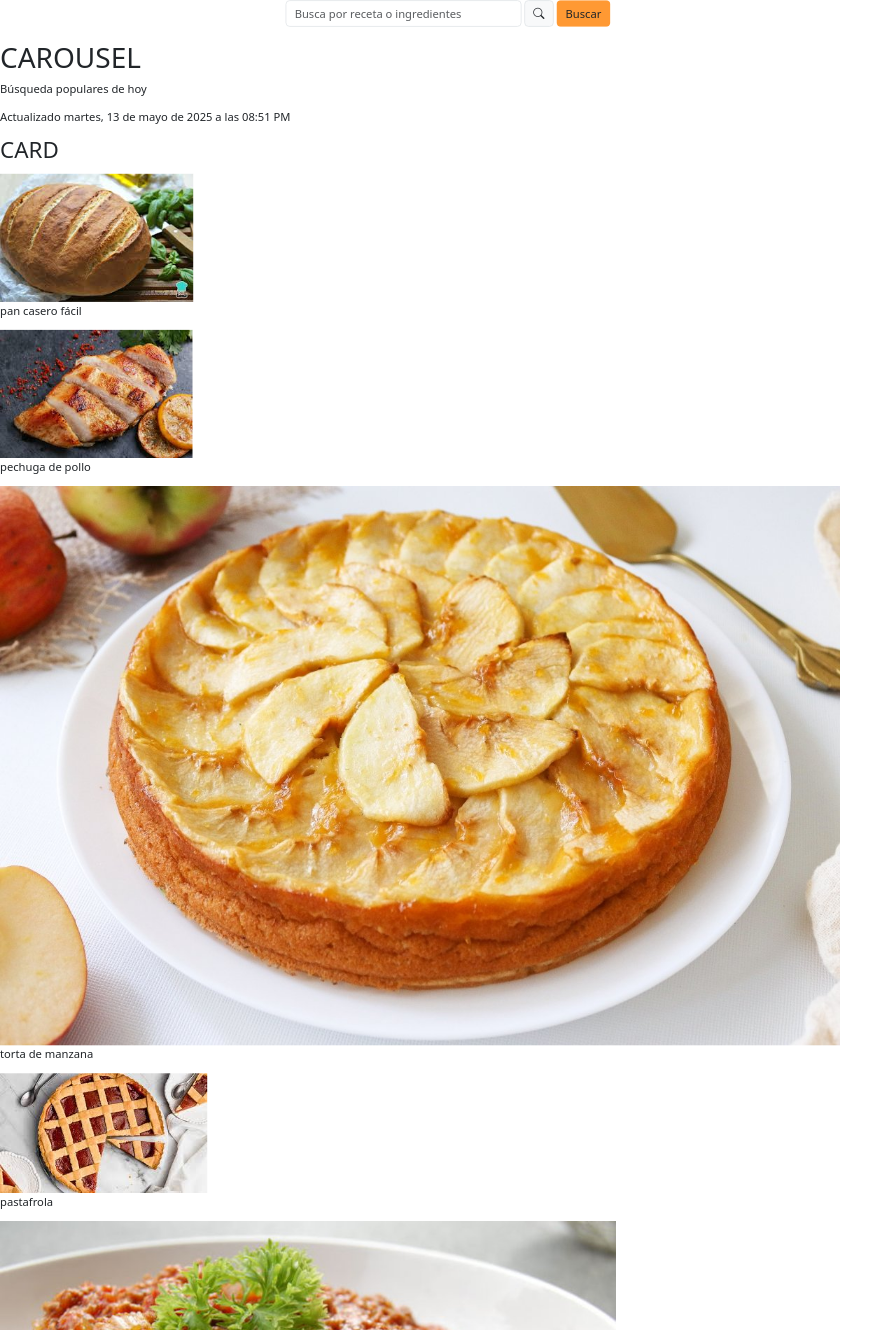
Repository: lucasp3113/coockpad
Page: index.html
These files come from the project's save history. The page is drawn as it stood at one moment and after the next save; the edit follows.
The browser window is 1280 px wide. The pictures show the part of the page from y = 336 to 2236 px (the page is 3670 px tall), at 70% of full size.
A picture or video elsewhere on the page could not be fetched, so the positions and the page height are approximate.

Above is the page before, as saved 2025-05-15 12:14:06.

### index.html
<!DOCTYPE html>
<html lang="es">
<head>
    <meta charset="UTF-8" />
    <meta name="viewport" content="width=device-width, initial-scale=1.0" />
    <title>cookpad</title>
    <link href="https://cdn.jsdelivr.net/npm/bootstrap@5.3.6/dist/css/bootstrap.min.css" rel="stylesheet" integrity="sha384-4Q6Gf2aSP4eDXB8Miphtr37CMZZQ5oXLH2yaXMJ2w8e2ZtHTl7GptT4jmndRuHDT" crossorigin="anonymous">
    <script src="https://cdn.jsdelivr.net/npm/bootstrap@5.3.6/dist/js/bootstrap.bundle.min.js" integrity="sha384-j1CDi7MgGQ12Z7Qab0qlWQ/Qqz24Gc6BM0thvEMVjHnfYGF0rmFCozFSxQBxwHKO" crossorigin="anonymous"></script>
    <link rel="stylesheet" href="https://cdn.jsdelivr.net/npm/bootstrap-icons@1.11.1/font/bootstrap-icons.css">
    <link rel="stylesheet" href="style.css"/>
</head>
<body>
    <header class="d-flex flex-row d-flex justify-content-center d-flex align-items-center m-3">
        <img src="logo_coockpad.png" alt="" />
        <h1>cookpad</h1>
    </header>
    <nav class="d-flex flex-row d-flex justify-content-center d-flex align-items-center m-3">
        <input type="text" class="form-control m-1 w-27" placeholder="Busca por receta o ingredientes"/>
        <span class="input-group-text">
            <i class="bi bi-search"></i>
        </span>
        <button type="submit" class="btn btn-orange m-1">Buscar</button>
    </nav>
    <main>
        <section>
            <h1>CAROUSEL</h1>
        </section>
        <article>
            <p>Búsqueda populares de hoy</p>
            <p>Actualizado martes, 13 de mayo de 2025 a las 08:51  PM</p>
        </article>
        <section>
            <section>
                <figure>
                    <h2>CARD</h2>
                </figure>
                <figure>
                    <img src="pan.png" alt="" />
                    <p>pan casero fácil</p>
                </figure>
                <figure>
                    <img src="pechuga.png" alt="" />
                    <p>pechuga de pollo</p>
                </figure>
                <figure>
                    <img src="tarta-de-manzana.png" alt="" />
                    <p>torta de manzana</p>
                </figure>
            </div>
            </section>
            <section>
                <figure>
                    <img src="pastaflora.png" alt="" />
                    <p>pastafrola</p>
                </figure>
                <figure>
                    <img src="fideos.jpg" alt="" />
                    <p>fideos caseros</p>
                </figure>
                <figure>
                    <img src="panqueques.jpeg" alt="" />
                    <p>panqueques para canelones</p>
                </figure>
                <figure>
                    <img src="locro.png" alt="" />
                    <p>locro argentino</p>
                </figure>
            </section>
        </section>
    </main>
</body>
</html>

### style.css
.btn-orange{
    background-color: rgb(255, 153, 51);

}

.w-27{
    width: 27%;
}

After the next save:
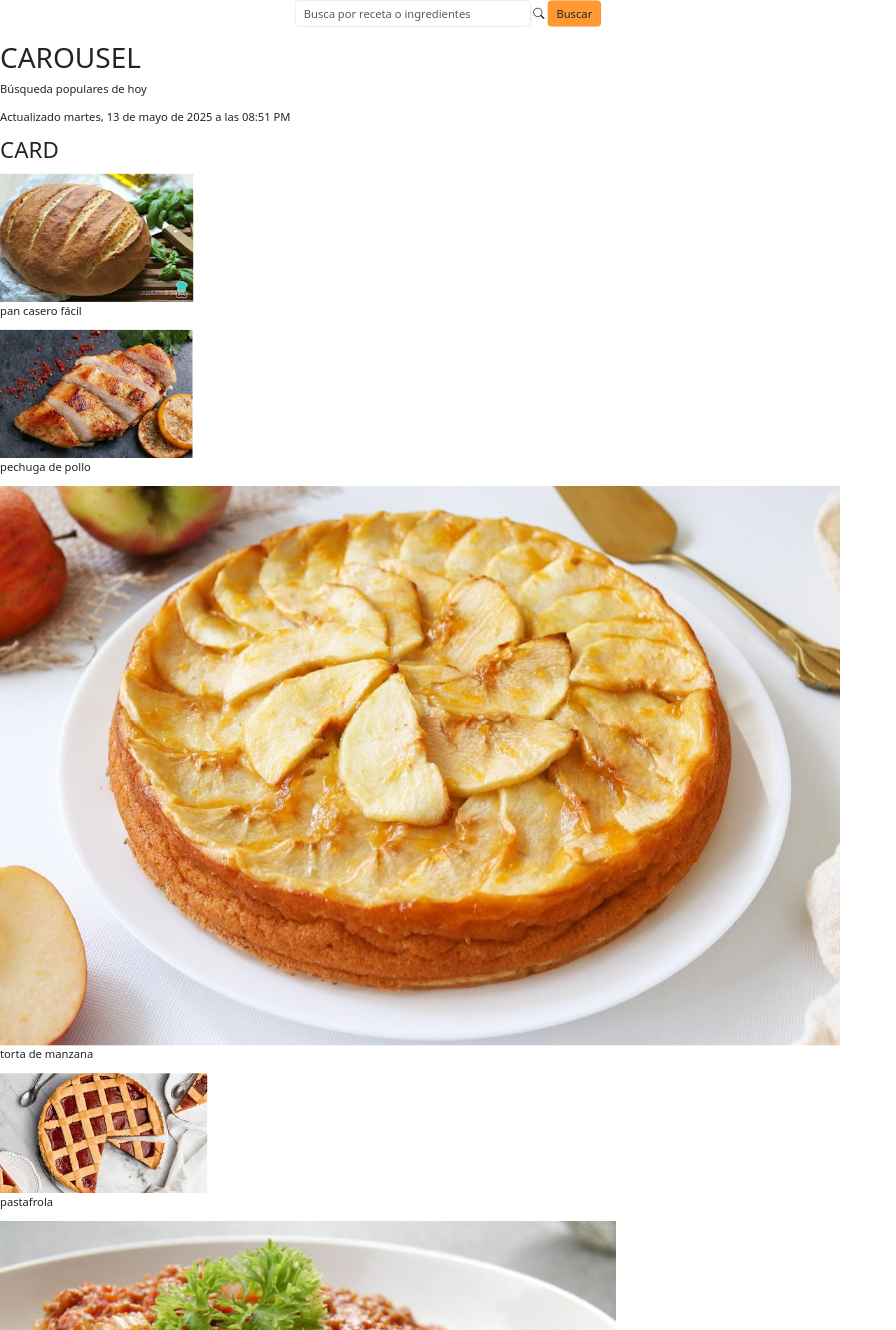
Saved 19 s later.
--- a/index.html
+++ b/index.html
@@ -16,9 +16,7 @@
     </header>
     <nav class="d-flex flex-row d-flex justify-content-center d-flex align-items-center m-3">
         <input type="text" class="form-control m-1 w-27" placeholder="Busca por receta o ingredientes"/>
-        <span class="input-group-text">
-            <i class="bi bi-search"></i>
-        </span>
+        <i class="bi bi-search"></i>
         <button type="submit" class="btn btn-orange m-1">Buscar</button>
     </nav>
     <main>
